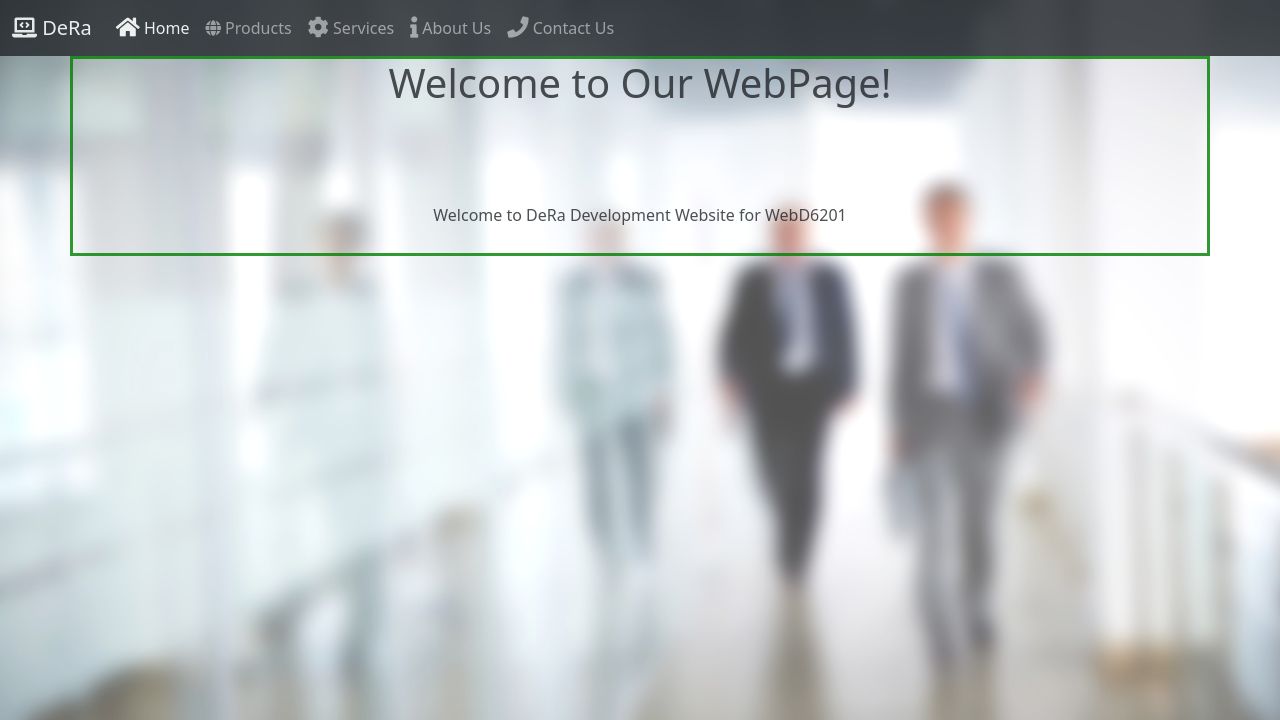
Repository: deividwsantoss/web6201-Lab1
Page: index.html
The author's editor kept a copy of each file at every save. The page is drawn from the files as they stood at one save, then again after the next save.
The browser window is 1280 px wide. The pictures show the whole page.

Above is the page before, as saved 2021-02-02 23:06:03.

After the next save:
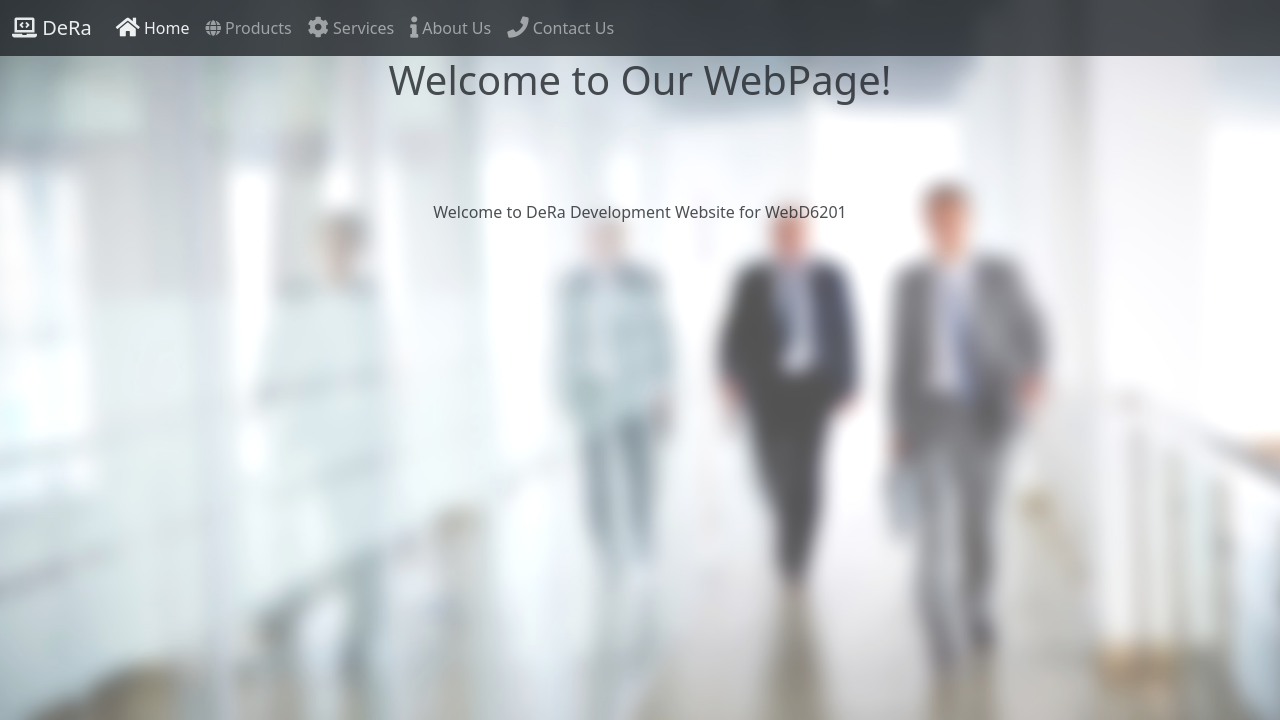
Saved 17 s later.
--- a/Content/app.css
+++ b/Content/app.css
@@ -44,7 +44,6 @@ body,html{
 .container{
     line-height: 200px;
     height: 200px;
-    border: 3px solid green;
     text-align: center;
 
 }
